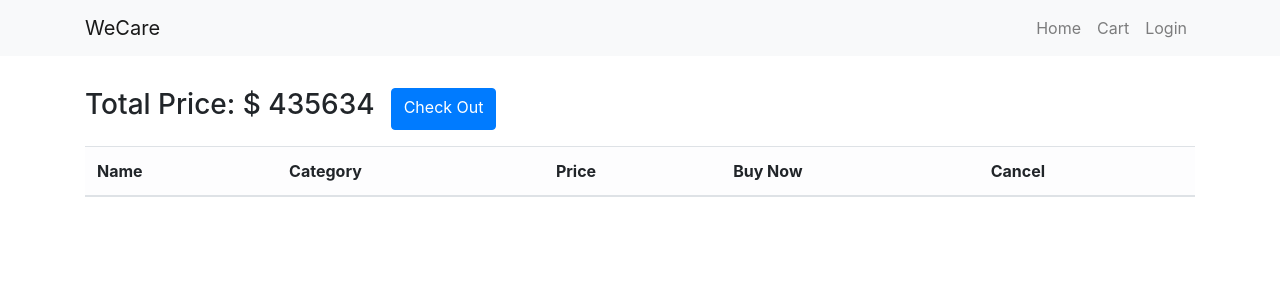
Repository: aashish22bansal/Ecommerce-Website-Using-JSP
Page: http://localhost/ITE2004_Software_Testing_Project/cart.jsp
The author's editor kept a copy of each file at every save. The page is drawn from the files as they stood at one save, then again after the next save.
The browser window is 1280 px wide. The pictures show the whole page.
Some web libraries are served in a nearby version. The page is served by Tomcat 9. Other server files are loaded and not shown.

Above is the page before, as saved 2022-04-16 22:27:44.

### ITE2004_Software_Testing_Project/src/main/webapp/cart.jsp
<%@page import="connection.*"%>
<%@page import="model.*"%>
<%@page import="dao.*"%>
<%@page import="java.util.*"%>
<%@ page language="java" contentType="text/html; charset=UTF-8" pageEncoding="UTF-8"%>
<%
User auth = (User) request.getSession().getAttribute("auth");
if (auth != null) {
	request.setAttribute("auth", auth);
}
ArrayList<Cart> cart_list = (ArrayList<Cart>) session.getAttribute("cart-list");
List<Cart> cartProduct = null;
if (cart_list != null) {
	ProductDao pDao = new ProductDao(DbCon.getConnection());
	cartProduct = pDao.getCartProducts(cart_list);
	double total = pDao.getTotalCartPrice(cart_list);
	request.setAttribute("total", total);
	request.setAttribute("cart_list", cart_list);
}
%>
<!DOCTYPE html>
<html>
<head>
	<title>Shopping Cart</title>
	<%@include file="includes/head.jsp" %>
</head>
<body>
	<%@include file="includes/navbar.jsp" %>

	<div class="container my-3">
		<div class="d-flex py-3"><h3>Total Price: $ 435634 </h3> <a class="mx-3 btn btn-primary" href="#">Check Out</a></div>
		<table class="table table-light">
			<thead>
				<tr>
					<th scope="col">Name</th>
					<th scope="col">Category</th>
					<th scope="col">Price</th>
					<th scope="col">Buy Now</th>
					<th scope="col">Cancel</th>
				</tr>
			</thead>
			<tbody>
				<%
				if (cart_list != null) {
					for (Cart c : cartProduct) {
				%>
				<tr>
					<td><%=c.getName()%></td>
					<td><%=c.getCategory()%></td>
					<td><%=c.getPrice()%></td>
					<td>
						<form action="order-now" method="post" class="form-inline">
						<input type="hidden" name="id" value="<%= c.getId()%>" class="form-input">
							<div class="form-group d-flex justify-content-between">
								<a class="btn bnt-sm btn-incre" href="quantity-inc-dec?action=inc&id=<%=c.getId()%>"><i class="fas fa-plus-square"></i></a>
								<input type="text" name="quantity" class="form-control"  value="<%=c.getQuantity()%>" readonly>
								<a class="btn btn-sm btn-decre" href="quantity-inc-dec?action=dec&id=<%=c.getId()%>"><i class="fas fa-minus-square"></i></a>
							</div>
							<button type="submit" class="btn btn-primary btn-sm">Buy</button>
						</form>
					</td>
					<td><a href="remove-from-cart?id=<%=c.getId() %>" class="btn btn-sm btn-danger">Remove</a></td>
				</tr>

				<%
				}}%>
			</tbody>
		</table>
	</div>

	<%@include file="includes/footer.jsp" %>
</body>
</html>

### ITE2004_Software_Testing_Project/src/main/webapp/includes/head.jsp
<meta charset="ISO-8859-1">
<link rel="stylesheet" href="https://cdnjs.cloudflare.com/ajax/libs/font-awesome/5.15.3/css/all.min.css">
<link rel="stylesheet" href="https://maxcdn.bootstrapcdn.com/bootstrap/4.0.0/css/bootstrap.min.css">

### ITE2004_Software_Testing_Project/src/main/webapp/includes/navbar.jsp
<nav class="navbar navbar-expand-lg navbar-light bg-light">
	<div class="container">
		<a class="navbar-brand" href="index.jsp">WeCare</a>
		<button class="navbar-toggler" type="button" data-toggle="collapse"
			data-target="#navbarSupportedContent"
			aria-controls="navbarSupportedContent" aria-expanded="false"
			aria-label="Toggle navigation">
			<span class="navbar-toggler-icon"></span>
		</button>

		<div class="collapse navbar-collapse" id="navbarSupportedContent">
			<ul class="navbar-nav ml-auto">
				<li class="nav-item"><a class="nav-link" href="index.jsp">Home</a></li>
				<li class="nav-item"><a class="nav-link" href="cart.jsp">Cart<span class="badge badge-danger">${cart_list.size()}</span> </a></li>
				<%
				if (auth != null) {
				%>
				<li class="nav-item"><a class="nav-link" href="orders.jsp">Orders</a></li>
				<li class="nav-item"><a class="nav-link" href="log-out">Logout</a></li>
				<%
				} else {
				%>
				<li class="nav-item"><a class="nav-link" href="login.jsp">Login</a></li>
				<%
				}
				%>
			</ul>
		</div>
	</div>
</nav>

### ITE2004_Software_Testing_Project/src/main/webapp/includes/footer.jsp
<script src="https://code.jquery.com/jquery-3.2.1.slim.min.js"></script>
<script src="https://cdnjscloudflare.com/ajax/libs/popper.js/1.12.9/umd/popper.min.js"></script>
<script src="https://maxcdn.bootstrapcdn.com/bootstrap/4.0.0/js/bootstrap.min.js" ></script>

After the next save:
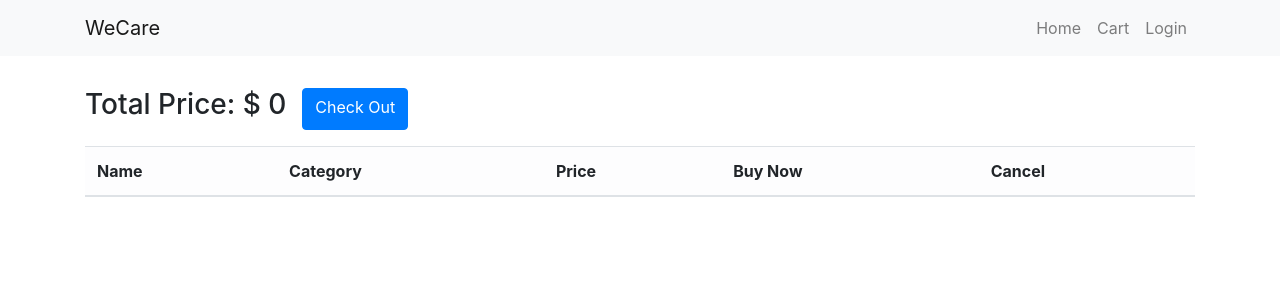
Saved 102 s later.
--- a/ITE2004_Software_Testing_Project/src/main/webapp/cart.jsp
+++ b/ITE2004_Software_Testing_Project/src/main/webapp/cart.jsp
@@ -28,7 +28,7 @@ if (cart_list != null) {
 	<%@include file="includes/navbar.jsp" %>
 
 	<div class="container my-3">
-		<div class="d-flex py-3"><h3>Total Price: $ 435634 </h3> <a class="mx-3 btn btn-primary" href="#">Check Out</a></div>
+		<div class="d-flex py-3"><h3>Total Price: $ ${(total>0)?dcf.format(total):0} </h3> <a class="mx-3 btn btn-primary" href="#">Check Out</a></div>
 		<table class="table table-light">
 			<thead>
 				<tr>
